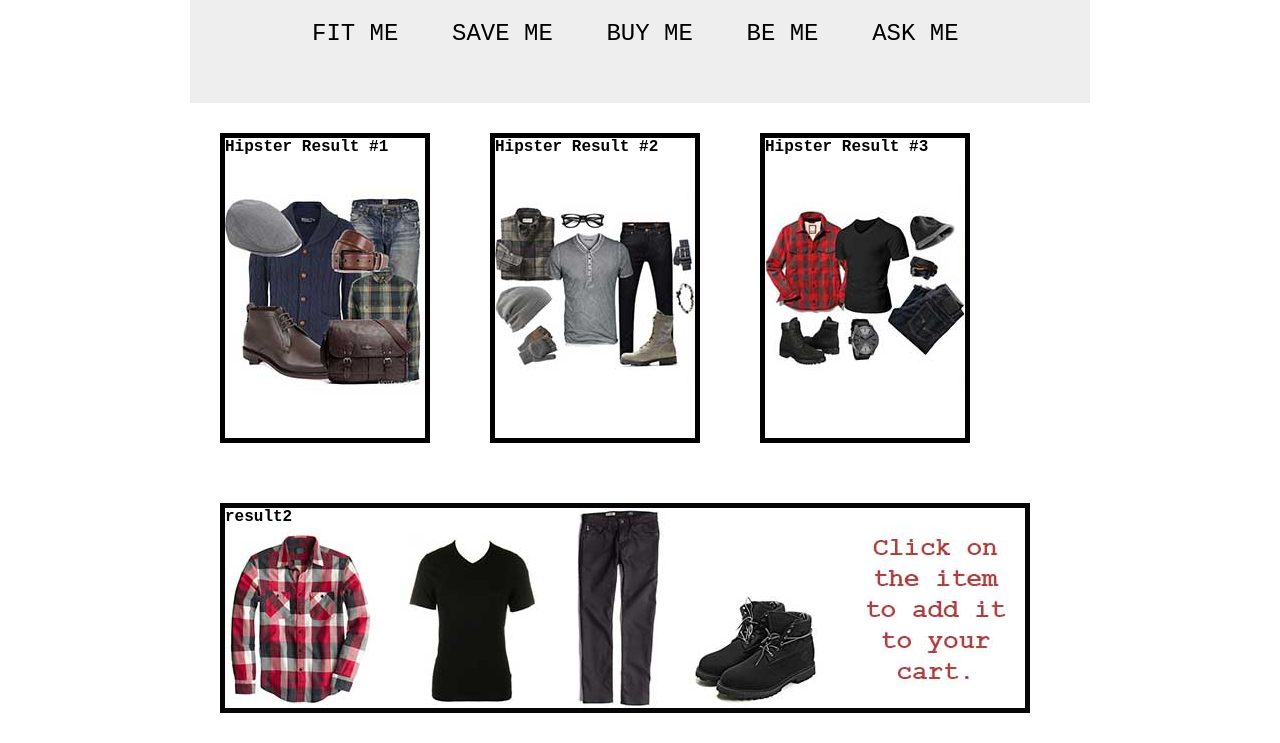
Repository: kesquili/kesquili.github.io
Page: fitin/buyme_hipster.html
The author's editor kept a record of every edit. The page is drawn from the files as they stood at one moment, then again after the next edit.
The browser window is 1280 px wide. The pictures show the whole page.

Above is the page before.
Console error: ReferenceError: $ is not defined

After the next edit:
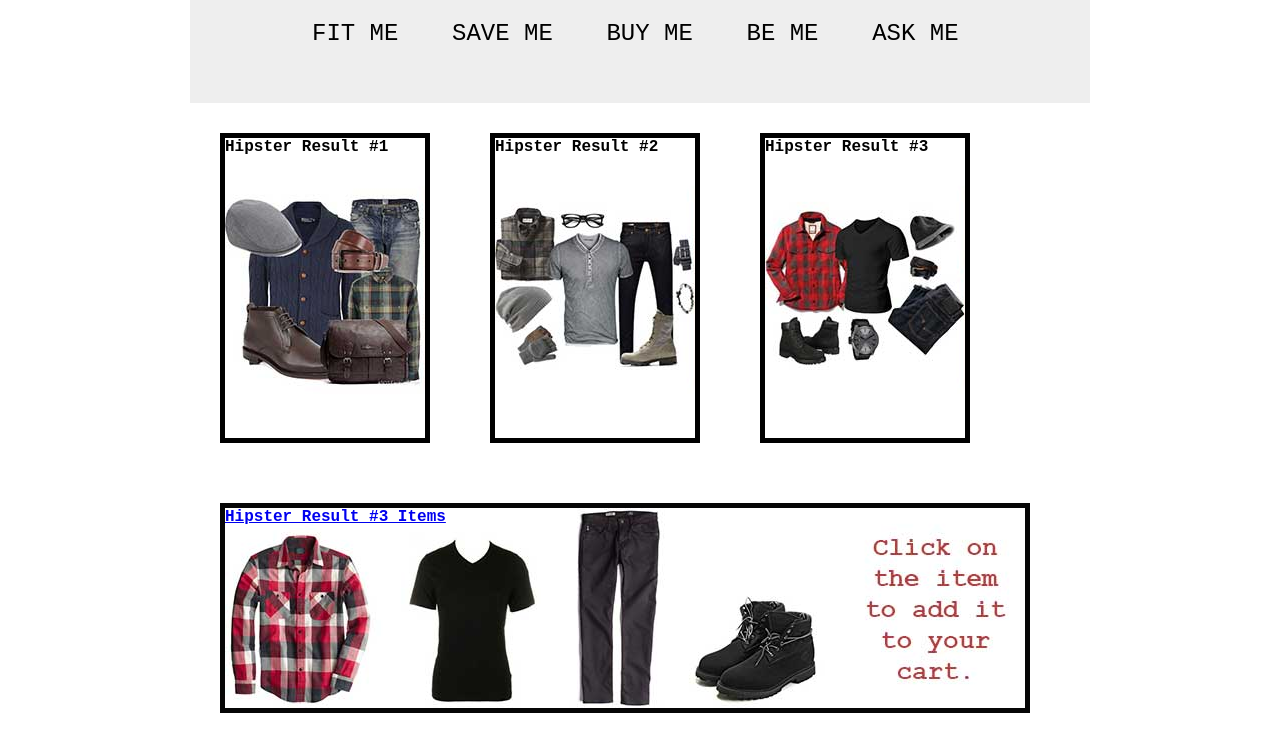
The edit:
--- a/fitin/buyme_hipster.html
+++ b/fitin/buyme_hipster.html
@@ -26,7 +26,7 @@
         <h4 id="hipster3">Hipster Result #3</h4>
      </div>
      <div class="breakdown">
-         <h4 id="hipster">result2</h4>
+         <h4 id="hipster"><a href="saveme.html">Hipster Result #3 Items</a></h4>
      </div>
   </div>
 
